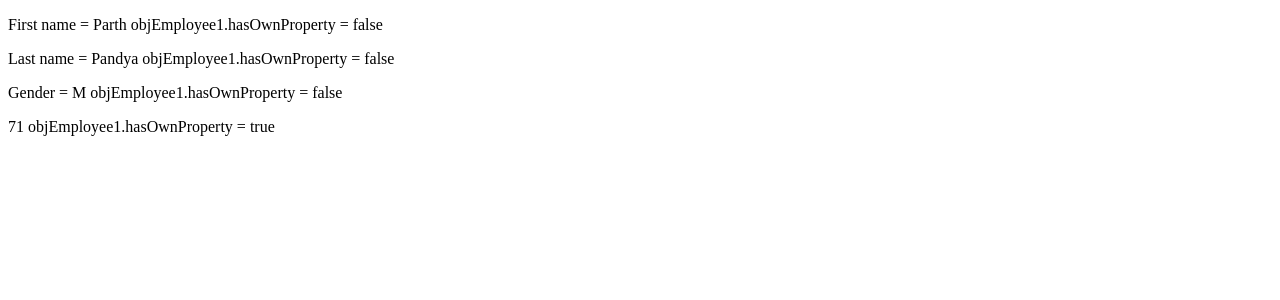
Repository: parthp17/273-Homework1
Page: Homework1/workspace/homework1/WebContent/Inheritance.html
The author's editor kept a copy of each file at every save. The page is drawn from the files as they stood at one save, then again after a run of saves.
The browser window is 1280 px wide. The pictures show the whole page.

Above is the page before, as saved 2016-09-07 18:41:08.

After the next 2 saves:
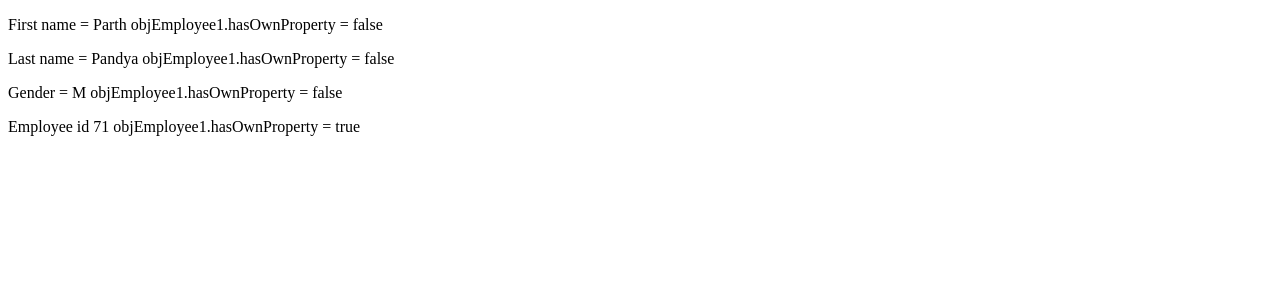
The 2 saves are shown as one change because they came seconds apart.
The last was saved 13 s later.
--- a/Homework1/workspace/homework1/WebContent/Inheritance.html
+++ b/Homework1/workspace/homework1/WebContent/Inheritance.html
@@ -26,7 +26,7 @@ var objEmployee1 = new Employee(71);
 document.getElementById("fname").innerHTML = "First name  = " + objEmployee1.fname + "		 objEmployee1.hasOwnProperty = "+ objEmployee1.hasOwnProperty("fname");
 document.getElementById("lname").innerHTML = "Last name  = "+  objEmployee1.lname +"		 objEmployee1.hasOwnProperty = "+ objEmployee1.hasOwnProperty("lname");
 document.getElementById("gender").innerHTML = "Gender  = " + objEmployee1.gender +"		 objEmployee1.hasOwnProperty = "+ objEmployee1.hasOwnProperty("gender");
-document.getElementById("id").innerHTML = objEmployee1.empid +"		 objEmployee1.hasOwnProperty = "+ objEmployee1.hasOwnProperty("empid");
+document.getElementById("id").innerHTML = "Employee id " + objEmployee1.empid +"		 objEmployee1.hasOwnProperty = "+ objEmployee1.hasOwnProperty("empid");
 }
 
 </script>
